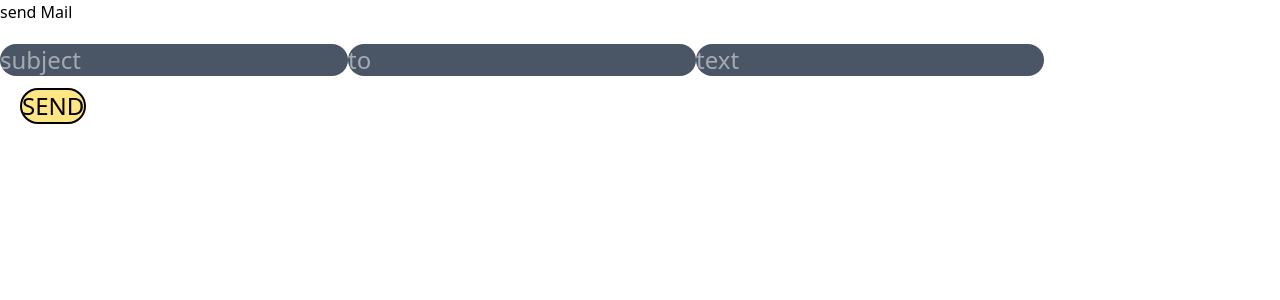
Repository: ridhukhan/sendmail
Page: / (app in Frontend/)
The author's editor kept a copy of each file at every save. The page is drawn from the files as they stood at one save, then again after the next save.
The browser window is 1280 px wide. The pictures show the whole page.
The project was rebuilt for these pictures with package versions that can differ from the ones it lists, and the page was loaded fresh each time.

Above is the page before, as saved 2026-02-10 14:57:40.

After the next save:
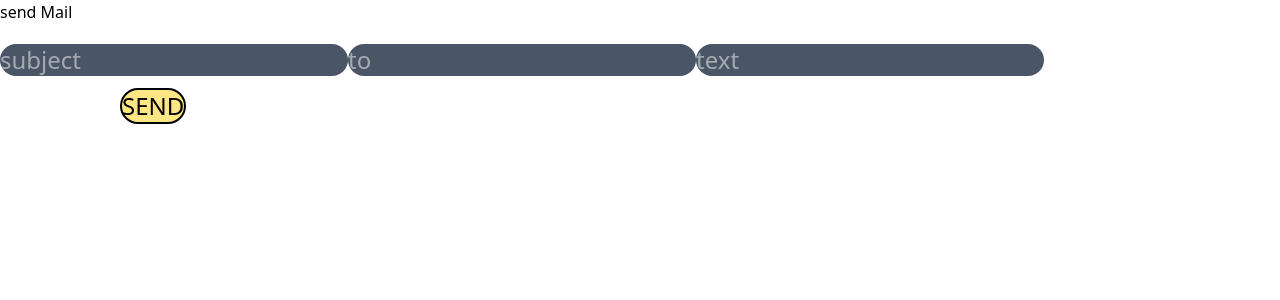
Saved 4 s later.
--- a/Frontend/src/App.jsx
+++ b/Frontend/src/App.jsx
@@ -10,7 +10,7 @@ function App() {
 
 <input type="email" name="" id="" placeholder='to' className="bg-gray-600 text-white border-amber-50 rounded-2xl mt-5" />
 <input type="text" name="" id="" placeholder='text' className="bg-gray-600 text-white border-amber-50 rounded-2xl mt-5"/><br />
-<button className="bg-amber-200 mt-3 rounded-3xl border-2 ml-5">SEND</button>
+<button className="bg-amber-200 mt-3 rounded-3xl border-2 ml-30">SEND</button>
     </form>
        </>
   )
